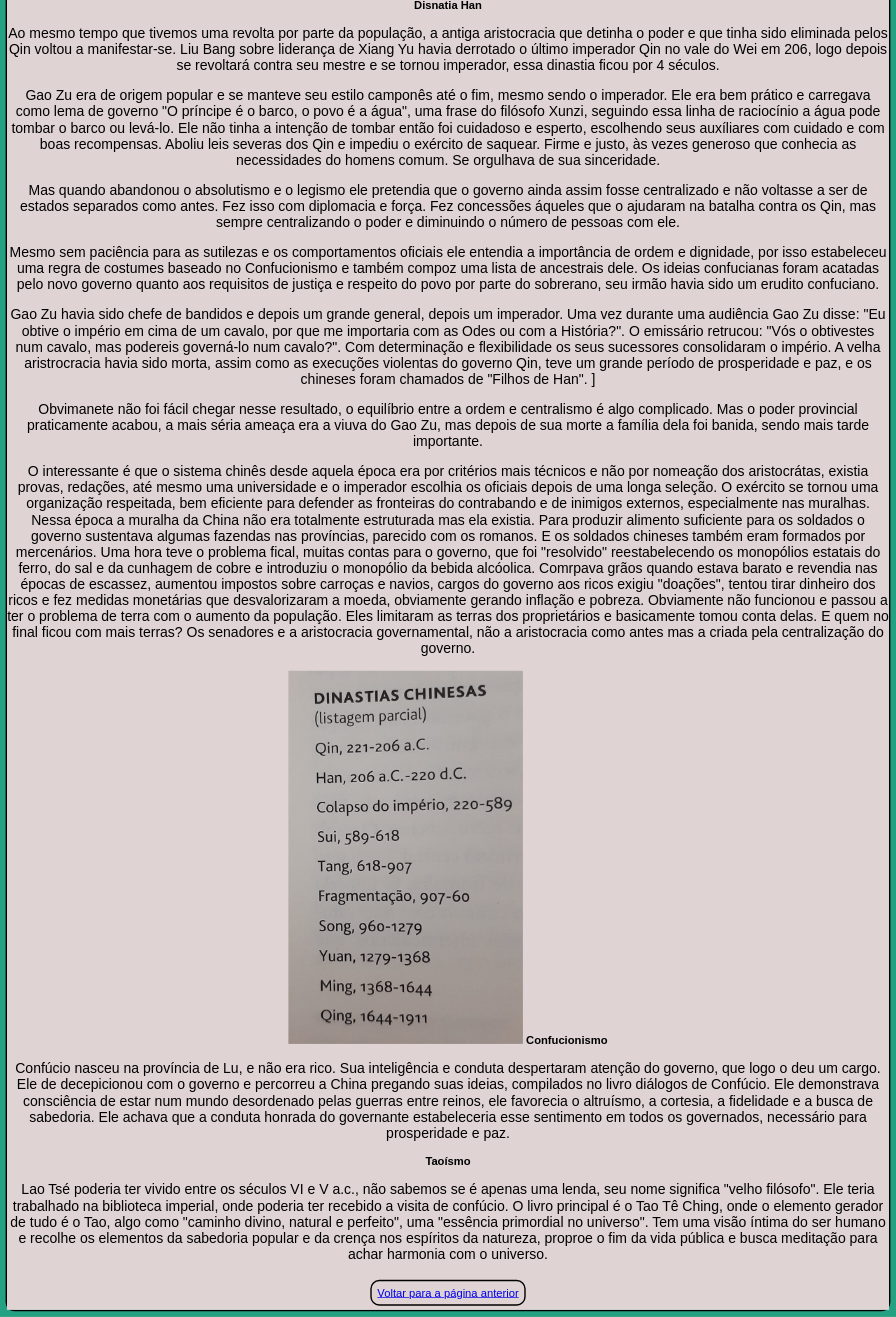
Repository: batmit/FutureFundation.github.io-1
Page: menu/articles/history/ancient/china/china.html
These files come from the project's save history. The page is drawn as it stood at one moment and after the next save; the edit follows.
The browser window is 1280 px wide. The pictures show the part of the page from y = 895 to 2815 px (the page is 2777 px tall before and 2815 px after), at 70% of full size.

Above is the page before, as saved 2021-09-26 15:12:01.

After the next save:
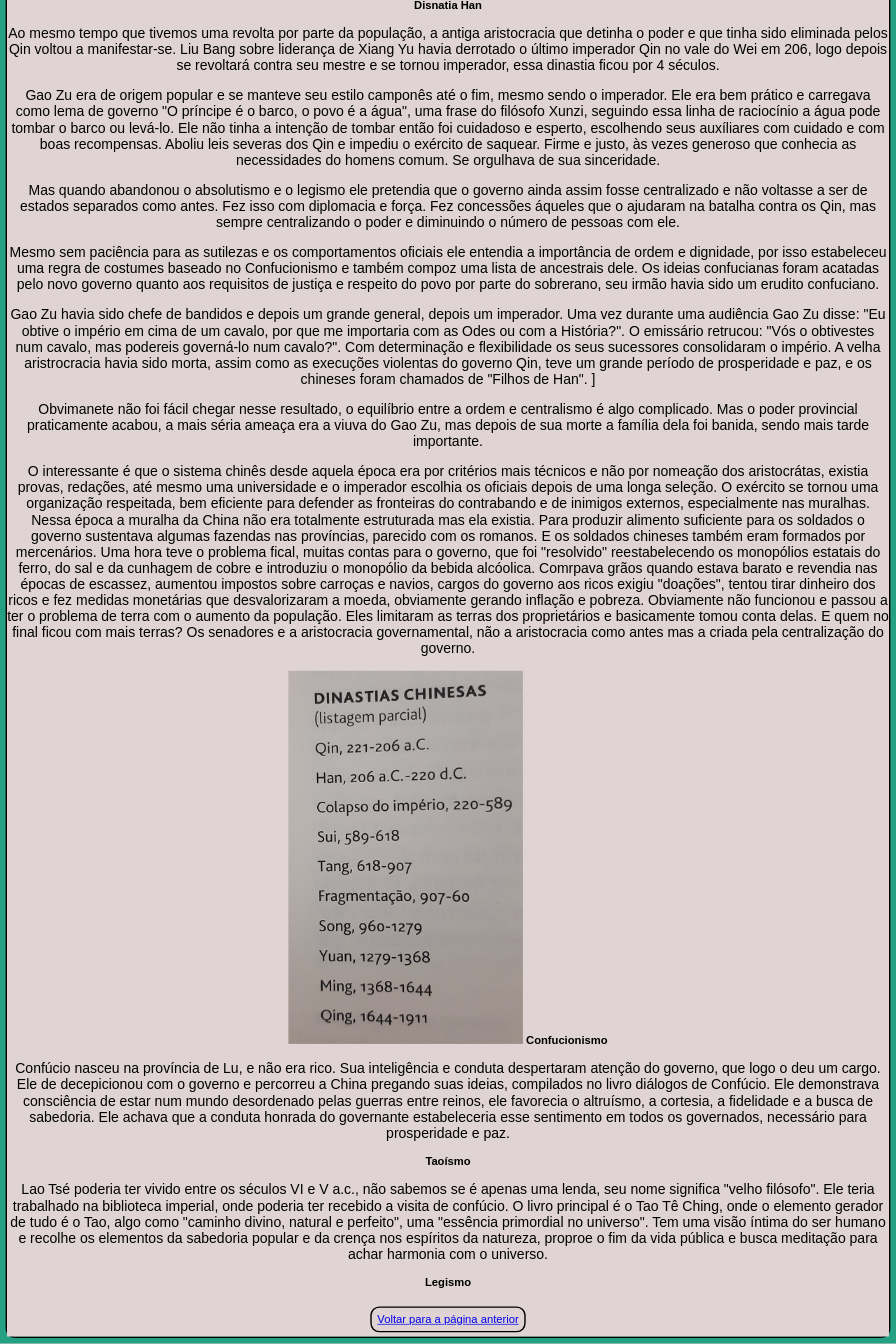
Saved 16 s later.
--- a/menu/articles/history/ancient/china/china.html
+++ b/menu/articles/history/ancient/china/china.html
@@ -46,7 +46,9 @@
         <strong>Taoísmo</strong>
         <p>Lao Tsé poderia ter vivido entre os séculos VI e V a.c., não sabemos se é apenas uma lenda, seu nome significa "velho filósofo". Ele teria trabalhado na biblioteca imperial, onde poderia ter recebido a visita de confúcio. O livro principal é o Tao Tê Ching, onde o elemento gerador de tudo é o Tao, algo como "caminho divino, natural e perfeito", uma "essência primordial no universo". Tem uma visão íntima do ser humano e recolhe os elementos da sabedoria popular e da crença nos espíritos da natureza, proproe o fim da vida pública e busca meditação para achar harmonia com o universo. </p>
 
-        <strong></strong>
+        <strong>Legismo</strong>
+
+        <p></p>
 
         <a href="/menu/articles/history/history.html">Voltar para a página anterior</a>
     </div>
